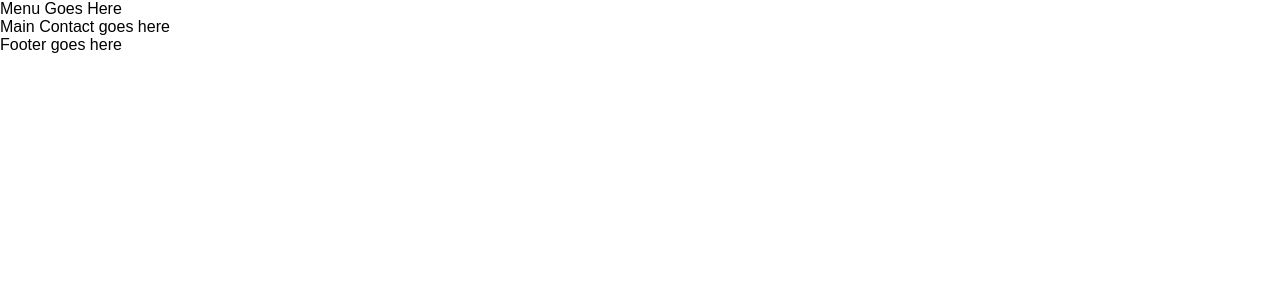
Repository: yazshrilld/food_order
Page: http://localhost/admin/index.php
An editor plug-in stored every save of this project. The page is shown before and after a run of saves, followed by the edit.
The browser window is 1280 px wide. The pictures show the whole page.
The page is run by PHP 8.4 with error messages shown; the project is at /var/www/html/.

Above is the page before, as saved 2021-01-24 16:01:37.

After the next 6 saves:
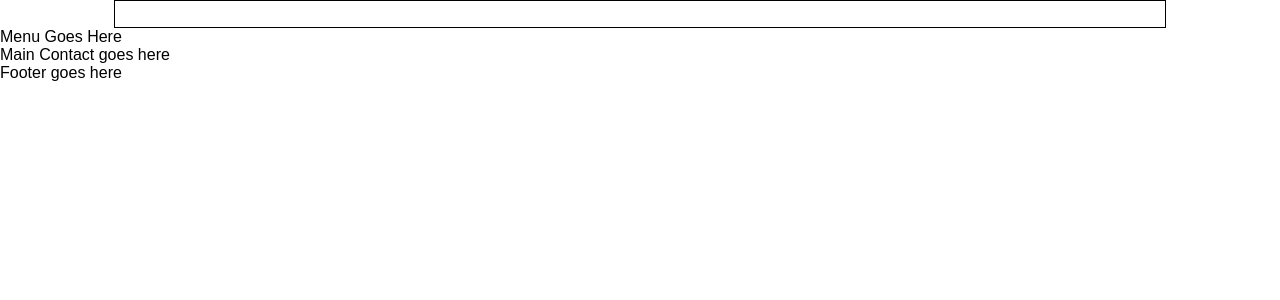
The 6 saves are shown as one change because they came seconds apart.
The last was saved 56 s later.
--- a/admin/index.php
+++ b/admin/index.php
@@ -6,6 +6,9 @@
     <body>
         <!-- Menu Section Starts -->
             <div class="menu">
+            <div class="wrapper">
+
+            </div>
                 Menu Goes Here
             </div>
         <!-- Menu Section Ends -->
